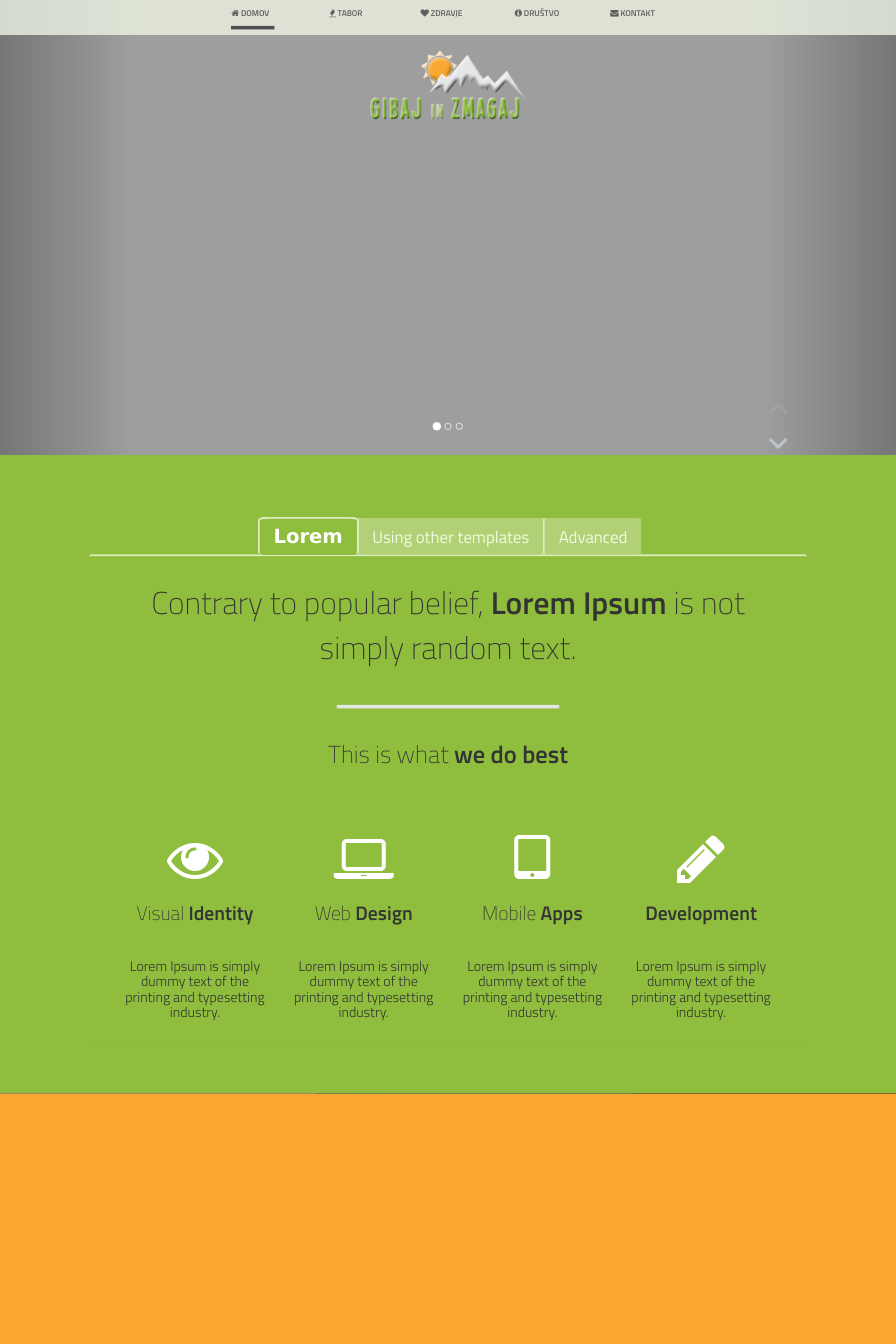
Repository: maticrepse/GibajInZmagaj
Page: index.html
The author's editor kept a record of every edit. The page is drawn from the files as they stood at one moment, then again after the next edit.
The browser window is 1280 px wide. The pictures show the part of the page from y = 0 to 1920 px (the page is 6221 px tall), at 70% of full size.

Above is the page before.

### index.html
<!doctype html>
<html>
<head lang="en">
	<meta charset="utf-8">
	<meta name="viewport" content="width=device-width, initial-scale=1, maximum-scale=1, user-scalable=no">

	<title>Gibaj in zmagaj!</title>
	<meta name="description" content="BlackTie.co - Free Handsome Bootstrap Themes" />
	<meta name="keywords" content="themes, bootstrap, free, templates, bootstrap 3, freebie,">
	<meta property="og:title" content="">

	<link rel="stylesheet" type="text/css" href="css/bootstrap.min.css">
	<link rel="stylesheet" href="fancybox/jquery.fancybox-v=2.1.5.css" type="text/css" media="screen">
    <link rel="stylesheet" href="css/font-awesome.min.css" rel="stylesheet">

	<link rel="stylesheet" type="text/css" href="css/style.css">
	<link href="css/styles.css" rel="stylesheet">
	<link href="css/tabcontent.css" rel="stylesheet" type="text/css" />
<script src="js/tabcontent.js" type="text/javascript"></script>
	<link href='https://fonts.googleapis.com/css?family=Titillium+Web:400,600,300,200&subset=latin,latin-ext' rel='stylesheet' type='text/css'>



	<link rel="prefetch" href="images/zoom.png">
</head>

<body>
	<header class="masthead">
	<div class="slide story" id="slide-1" data-slide="1">


  	<!-- Carousel
    ================================================== -->
    <div id="myCarousel" class="carousel slide">
      <!-- Indicators -->
      <ol class="carousel-indicators">
        <li data-target="#myCarousel" data-slide-to="0" class="active"></li>
        <li data-target="#myCarousel" data-slide-to="1"></li>
        <li data-target="#myCarousel" data-slide-to="2"></li>
      </ol>
      <div class="carousel-inner">
        <div class="item active">
          <img class="img" id="otroci1">

        </div>
        <div class="item">
          <img class="img" id="otroci2">

        </div>
        <div class="item">
          <img class="img" id="otroci3">

        </div>
      </div><!-- /.carousel-inner -->
      <div class="logo"><img src="images/manjLogo.png" id="logoSlika"></img></div>
      <!-- Controls -->
      <a class="left carousel-control" href="#myCarousel" data-slide="prev" id="previous" onclick="izpisNazaj()">
        <span class="glyphicon glyphicon-chevron-left"></span>
      </a>
      <a class="right carousel-control" href="#myCarousel" data-slide="next" id="next" onclick="izpis()">
        <span class="glyphicon glyphicon-chevron-right"></span>
      </a>
    </div>
    <!-- /.carousel -->

</div><!-- /slide1 -->
</header>

	<div class="navbar navbar-fixed-top" data-activeslide="1">
	<!--div class="navbar navbar-fixed-top" data-activeslide="1"-->
		<div class="container" id="penus">

			<!-- .navbar-toggle is used as the toggle for collapsed navbar content -->
			<button type="button" class="navbar-toggle" data-toggle="collapse" data-target=".navbar-responsive-collapse">
				<span class="icon-bar"></span>
				<span class="icon-bar"></span>
				<span class="icon-bar"></span>
			</button>


			<div class="nav-collapse collapse navbar-responsive-collapse">
				<ul class="nav row" >
					<li data-slide="1" class="col-12 col-sm-2"><a id="menu-link-1" href="#slide-1" title="Next Section"><span class="icon icon-home"></span> <span class="text">DOMOV</span></a></li>
					<li data-slide="2" class="col-12 col-sm-2"><a id="menu-link-2" href="#slide-2" title="Next Section"><span class="icon icon-fire"></span> <span class="text">TABOR</span></a></li>
					<li data-slide="3" class="col-12 col-sm-2"><a id="menu-link-3" href="#slide-3" title="Next Section"><span class="icon icon-heart"></span> <span class="text">ZDRAVJE</span></a></li>
					<li data-slide="4" class="col-12 col-sm-2"><a id="menu-link-4" href="#slide-4" title="Next Section"><span class="icon icon-info-sign"></span> <span class="text">DRUŠTVO</span></a></li>
					<li data-slide="5" class="col-12 col-sm-2"><a id="menu-link-5" href="#slide-5" title="Next Section"><span class="icon icon-envelope"></span> <span class="text">KONTAKT</span></a></li>
					<!--li data-slide="6" class="col-12 col-sm-2"><a id="menu-link-6" href="#slide-6" title="Next Section"><span class="icon icon-envelope"></span> <span class="text">CONTACT</span></a></li-->
				</ul>
				<div class="row">
					<div class="col-sm-2 active-menu"></div>
				</div>
			</div><!-- /.nav-collapse -->
		</div><!-- /.container -->
	</div><!-- /.navbar -->


	<!-- === Arrows === -->
	<div id="arrows">
		<div id="arrow-up" class="disabled"></div>
		<div id="arrow-down"></div>
		<!--div id="arrow-left" class="disabled visible-lg"></div>
		<div id="arrow-right" class="disabled visible-lg"></div-->
	</div><!-- /.arrows -->


	<!-- === MAIN Background === -->
			<!--div id="home-row-1" class="row clearfix">
				<div class="col-12">
					<h1 class="font-semibold">MUNTER <span class="font-thin">DESIGN</span></h1>
					<h4 class="font-thin">We are an <span class="font-semibold">independent interactive agency</span> based in London.</h4>
					<br>
					<br>
				</div><!-- /col-12 -->
			<!--/div><!-- /row -->
			<!--div id="home-row-2" class="row clearfix">
				<div class="col-12 col-sm-4"><div class="home-hover navigation-slide" data-slide="4"><img src="images/s02.png"></div><span>PROFESSIONAL</span></div>
				<div class="col-12 col-sm-4"><div class="home-hover navigation-slide" data-slide="3"><img src="images/s01.png"></div><span>FRIENDLY</span></div>
				<div class="col-12 col-sm-4"><div class="home-hover navigation-slide" data-slide="5"><img src="images/s03.png"></div><span>SUITABLE</span></div>
			</div><!-- /row -->


	<!-- === Slide 2 === -->
	<div class="slide story" id="slide-2" data-slide="2">

		<div class="container" id="drugi">
  			<ul class="tabs" data-persist="true">
            <li><a href="#view1">Lorem</a></li>
            <li><a href="#view2">Using other templates</a></li>
            <li><a href="#view3">Advanced</a></li>
        </ul>
        <div class="tabcontents">
            <div id="view1">
                <div class="row title-row">
				<div class="col-12 font-thin">Contrary to popular belief, <span class="font-semibold">Lorem Ipsum</span> is not simply random text.</div>
			</div><!-- /row -->
			<div class="row line-row">
				<div class="hr">&nbsp;</div>
			</div><!-- /row -->
			<div class="row subtitle-row">
				<div class="col-12 font-thin">This is what <span class="font-semibold">we do best</span></div>
			</div><!-- /row -->
			<div class="row content-row">
				<div class="col-12 col-lg-3 col-sm-6">
					<p><i class="icon icon-eye-open"></i></p>
					<h2 class="font-thin">Visual <span class="font-semibold">Identity</span></h2>
					<h4 class="font-thin">Lorem Ipsum is simply dummy text of the printing and typesetting industry.</h4>
				</div><!-- /col12 -->
				<div class="col-12 col-lg-3 col-sm-6">
					<p><i class="icon icon-laptop"></i></p>
					<h2 class="font-thin">Web <span class="font-semibold">Design</span></h2>
					<h4 class="font-thin">Lorem Ipsum is simply dummy text of the printing and typesetting industry.</h4>
				</div><!-- /col12 -->
				<div class="col-12 col-lg-3 col-sm-6">
					<p><i class="icon icon-tablet"></i></p>
					<h2 class="font-thin">Mobile <span class="font-semibold">Apps</span></h2>
					<h4 class="font-thin">Lorem Ipsum is simply dummy text of the printing and typesetting industry.</h4>
				</div><!-- /col12 -->
				<div class="col-12 col-lg-3 col-sm-6">
					<p><i class="icon icon-pencil"></i></p>
					<h2 class="font-semibold">Development</h2>
					<h4 class="font-thin">Lorem Ipsum is simply dummy text of the printing and typesetting industry.</h4>
				</div><!-- /col12 -->
			</div><!-- /row -->
            </div>
            <div id="view2">
                <b>Switch to other templates</b>
                <p>Open this page with Notepad, and update the CSS link to:</P>
                <p>template1 ~ 6.</p>
            </div>
            <div id="view3">
                <b>Advanced</b>
                <p>If you expect a more feature-rich version of the tabber, you can use the advanced version of the script,
                    <a href="http://www.menucool.com/jquery-tabs">McTabs - jQuery Tabs</a>:</p>
                <ul>
                    <li>URL support: a hash id in the URL can select a tab</li>
                    <li>Bookmark support: select a tab via bookmark anchor</li>
                    <li>Select tabs by mouse over</li>
                    <li>Auto advance</li>
                    <li>Smooth transitional effect</li>
                    <li>Content can retrieved from other documents or pages through Ajax</li>
                    <li>... and more</li>
                </ul>
            </div>
        </div>

			<!--div class="row title-row">
				<div class="col-12 font-thin">Contrary to popular belief, <span class="font-semibold">Lorem Ipsum</span> is not simply random text.</div>
			</div><!-- /row -->
			<!--div class="row line-row">
				<div class="hr">&nbsp;</div>
			</div><!-- /row -->
			<!--div class="row subtitle-row">
				<div class="col-12 font-thin">This is what <span class="font-semibold">we do best</span></div>
			</div><!-- /row -->
			<!--div class="row content-row">
				<div class="col-12 col-lg-3 col-sm-6">
					<p><i class="icon icon-eye-open"></i></p>
					<h2 class="font-thin">Visual <span class="font-semibold">Identity</span></h2>
					<h4 class="font-thin">Lorem Ipsum is simply dummy text of the printing and typesetting industry.</h4>
				</div><!-- /col12 -->
				<!--div class="col-12 col-lg-3 col-sm-6">
					<p><i class="icon icon-laptop"></i></p>
					<h2 class="font-thin">Web <span class="font-semibold">Design</span></h2>
					<h4 class="font-thin">Lorem Ipsum is simply dummy text of the printing and typesetting industry.</h4>
				</div><!-- /col12 -->
				<!--div class="col-12 col-lg-3 col-sm-6">
					<p><i class="icon icon-tablet"></i></p>
					<h2 class="font-thin">Mobile <span class="font-semibold">Apps</span></h2>
					<h4 class="font-thin">Lorem Ipsum is simply dummy text of the printing and typesetting industry.</h4>
				</div><!-- /col12 -->
				<!--div class="col-12 col-lg-3 col-sm-6">
					<p><i class="icon icon-pencil"></i></p>
					<h2 class="font-semibold">Development</h2>
					<h4 class="font-thin">Lorem Ipsum is simply dummy text of the printing and typesetting industry.</h4>
				</div><!-- /col12 -->
			<!--/div><!-- /row -->
		</div><!-- /container -->
	</div><!-- /slide2 -->

	<!-- === SLide 3 - Portfolio -->
	<div class="slide story" id="slide-3" data-slide="3" >
		<div class="row">
			<div class="col-12 col-sm-6 col-lg-2"><a data-fancybox-group="portfolio" class="fancybox" href="images/portfolio/p01-large.jpg"><img class="thumb" src="images/portfolio/p01-small.jpg" alt=""></a></div>
			<div class="col-12 col-sm-6 col-lg-2"><a data-fancybox-group="portfolio" class="fancybox" href="images/portfolio/p02-large.jpg"><img class="thumb" src="images/portfolio/p02-small.jpg" alt=""></a></div>
			<div class="col-12 col-sm-6 col-lg-2"><a data-fancybox-group="portfolio" class="fancybox" href="images/portfolio/p09-large.jpg"><img class="thumb" src="images/portfolio/p09-small.jpg" alt=""></a></div>
			<div class="col-12 col-sm-6 col-lg-2"><a data-fancybox-group="portfolio" class="fancybox" href="images/portfolio/p10-large.jpg"><img class="thumb" src="images/portfolio/p10-small.jpg" alt=""></a></div>
			<div class="col-12 col-sm-6 col-lg-2"><a data-fancybox-group="portfolio" class="fancybox" href="images/portfolio/p05-large.jpg"><img class="thumb" src="images/portfolio/p05-small.jpg" alt=""></a></div>
			<div class="col-12 col-sm-6 col-lg-2"><a data-fancybox-group="portfolio" class="fancybox" href="images/portfolio/p06-large.jpg"><img class="thumb" src="images/portfolio/p06-small.jpg" alt=""></a></div>
			<div class="col-12 col-sm-6 col-lg-2"><a data-fancybox-group="portfolio" class="fancybox" href="images/portfolio/p07-large.jpg"><img class="thumb" src="images/portfolio/p07-small.jpg" alt=""></a></div>
			<div class="col-12 col-sm-6 col-lg-2"><a data-fancybox-group="portfolio" class="fancybox" href="images/portfolio/p08-large.jpg"><img class="thumb" src="images/portfolio/p08-small.jpg" alt=""></a></div>
			<div class="col-12 col-sm-6 col-lg-2"><a data-fancybox-group="portfolio" class="fancybox" href="images/portfolio/p03-large.jpg"><img class="thumb" src="images/portfolio/p03-small.jpg" alt=""></a></div>
			<div class="col-12 col-sm-6 col-lg-2"><a data-fancybox-group="portfolio" class="fancybox" href="images/portfolio/p04-large.jpg"><img class="thumb" src="images/portfolio/p04-small.jpg" alt=""></a></div>
			<div class="col-12 col-sm-6 col-lg-2"><a data-fancybox-group="portfolio" class="fancybox" href="images/portfolio/p11-large.jpg"><img class="thumb" src="images/portfolio/p11-small.jpg" alt=""></a></div>
			<div class="col-12 col-sm-6 col-lg-2"><a data-fancybox-group="portfolio" class="fancybox" href="images/portfolio/p12-large.jpg"><img class="thumb" src="images/portfolio/p12-small.jpg" alt=""></a></div>
		</div><!-- /row -->
		<div id="BUREK"></div>
	</div><!-- /slide3 -->

	<!-- === Slide 4 - Process === -->
	<div class="slide story" id="slide-4" data-slide="4">
		<div class="container">
			<div class="row title-row">
				<div class="col-12 font-thin">See us <span class="font-semibold">at work</span></div>
			</div><!-- /row -->
			<div class="row line-row">
				<div class="hr">&nbsp;</div>
			</div><!-- /row -->
			<div class="row subtitle-row">
				<div class="col-sm-1 hidden-sm">&nbsp;</div>
				<div class="col-12 col-sm-10 font-light">There are many variations of passages of Lorem Ipsum available, but the majority have suffered alteration in some form, by injected humour, or randomised words which don't look even slightly believable.</div>
				<div class="col-sm-1 hidden-sm">&nbsp;</div>
			</div><!-- /row -->
			<div class="row content-row">
				<div class="col-sm-1 hidden-sm">&nbsp;</div>
				<div class="col-12 col-sm-2">
					<p><i class="icon icon-bolt"></i></p>
					<h2 class="font-thin">Listening to<br><span class="font-semibold" >your needs</span></h2>
					<h4 class="font-thin">It is a long established fact that a reader will be distracted by the readable content of a page when looking at its layout.</h4>
				</div><!-- /col12 -->
				<div class="col-12 col-sm-2">
					<p><i class="icon icon-cog"></i></p>
					<h2 class="font-thin">Project<br><span class="font-semibold">discovery</span></h2>
					<h4 class="font-thin">It is a long established fact that a reader will be distracted by the readable content of a page when looking at its layout.</h4>
				</div><!-- /col12 -->
				<div class="col-12 col-sm-2">
					<p><i class="icon icon-cloud"></i></p>
					<h2 class="font-thin">Storming<br><span class="font-semibold">our brains</span></h2>
					<h4 class="font-thin">It is a long established fact that a reader will be distracted by the readable content of a page when looking at its layout.</h4>
				</div><!-- /col12 -->
				<div class="col-12 col-sm-2">
					<p><i class="icon icon-map-marker"></i></p>
					<h2 class="font-thin">Getting<br><span class="font-semibold">there</span></h2>
					<h4 class="font-thin">It is a long established fact that a reader will be distracted by the readable content of a page when looking at its layout.</h4>
				</div><!-- /col12 -->
				<div class="col-12 col-sm-2">
					<p><i class="icon icon-gift"></i></p>
					<h2 class="font-thin">Delivering<br><span class="font-semibold">the product</span></h2>
					<h4 class="font-thin">It is a long established fact that a reader will be distracted by the readable content of a page when looking at its layout.</h4>
				</div><!-- /col12 -->
				<div class="col-sm-1 hidden-sm">&nbsp;</div>
			</div><!-- /row -->
		</div><!-- /container -->
	</div><!-- /slide4 -->

	<!-- === Slide 5 === -->
	<div class="slide story" id="slide-5" data-slide="5">
		<div class="container">
			<div class="row title-row">
				<div class="col-12 font-thin"><span class="font-semibold">Clients</span> we’ve worked with</div>
			</div><!-- /row -->
			<div class="row line-row">
				<div class="hr">&nbsp;</div>
			</div><!-- /row -->
			<div class="row subtitle-row">
				<div class="col-sm-1 hidden-sm">&nbsp;</div>
				<div class="col-12 col-sm-10 font-light">Contrary to popular belief, Lorem Ipsum is not simply random text. It has roots in a piece of classical Latin literature from 45 BC, making it over 2000 years old. <br/><br/> The standard chunk of Lorem Ipsum used since the 1500s is reproduced below for those interested. Sections 1.10.32 and 1.10.33 from "de Finibus Bonorum et Malorum" by Cicero.</div>
				<div class="col-sm-1 hidden-sm">&nbsp;</div>
			</div><!-- /row -->
			<div class="row content-row">
				<div class="col-1 col-sm-1 hidden-sm">&nbsp;</div>
				<div class="col-12 col-sm-2"><img src="images/najmanjLogo.png" alt=""></div>
				<div class="col-12 col-sm-2"><img src="images/client02.png" alt=""></div>
				<div class="col-12 col-sm-2"><img src="images/client03.png" alt=""></div>
				<div class="col-12 col-sm-2"><img src="images/client04.png" alt=""></div>
				<div class="col-12 col-sm-2"><img src="images/client05.png" alt=""></div>
				<div class="col-1 col-sm-1 hidden-sm">&nbsp;</div>
			</div><!-- /row -->
		</div><!-- /container -->
	</div><!-- /slide5 -->

	<!-- === Slide 6 / Contact === -->
	<!--div class="slide story" id="slide-6" data-slide="6">
		<div class="container">
			<div class="row title-row">
				<div class="col-12 font-light">Leave us a <span class="font-semibold">message</span></div>
			</div><!-- /row -->
			<!--div class="row line-row">
				<div class="hr">&nbsp;</div>
			</div><!-- /row -->
			<!--div class="row subtitle-row">
				<div class="col-sm-1 hidden-sm">&nbsp;</div>
				<div class="col-12 col-sm-10 font-light">You can find us literally anywhere, just push a button and we’re there</div>
				<div class="col-sm-1 hidden-sm">&nbsp;</div>
			</div><!-- /row -->
			<!--div id="contact-row-4" class="row">
				<div class="col-sm-1 hidden-sm">&nbsp;</div>
				<div class="col-12 col-sm-2 with-hover-text">
					<p><a target="_blank" href="#"><i class="icon icon-phone"></i></a></p>
					<span class="hover-text font-light ">+44 4839-4343</span></a>
				</div><!-- /col12 -->
				<!--div class="col-12 col-sm-2 with-hover-text">
					<p><a target="_blank" href="#"><i class="icon icon-envelope"></i></a></p>
					<span class="hover-text font-light ">munter@blacktie.co</span></a>
				</div><!-- /col12 -->
				<!--div class="col-12 col-sm-2 with-hover-text">
					<p><a target="_blank" href="#"><i class="icon icon-home"></i></a></p>
					<span class="hover-text font-light ">London, England<br>zip code 98443</span></a>
				</div><!-- /col12 -->
				<!--div class="col-12 col-sm-2 with-hover-text">
					<p><a target="_blank" href="#"><i class="icon icon-facebook"></i></a></p>
					<span class="hover-text font-light ">facebook/blacktie_co</span></a>
				</div><!-- /col12 -->
				<!--div class="col-12 col-sm-2 with-hover-text">
					<p><a target="_blank" href="#"><i class="icon icon-twitter"></i></a></p>
					<span class="hover-text font-light ">@BlackTie_co</span></a>
				</div><!-- /col12 -->
				<!--div class="col-sm-1 hidden-sm">&nbsp;</div>
			</div><!-- /row -->
		<!--/div><!-- /container -->
	<!--/div><!-- /Slide 6 --></body>

	<!-- SCRIPTS -->
	<script src="js/html5shiv.js"></script>
	<script src="js/jquery-1.10.2.min.js"></script>
	<script src="js/jquery-migrate-1.2.1.min.js"></script>
	<script src="js/bootstrap.min.js"></script>
	<script src="js/jquery.easing.1.3.js"></script>
	<script type="text/javascript" src="fancybox/jquery.fancybox.pack-v=2.1.5.js"></script>
	<script src="js/script.js"></script>
    <script src="js/moj.js"></script>
	<script src="js/tabcontent.js" type="text/javascript"></script>

	<!-- fancybox init -->
	<script>
	$(document).ready(function(e) {
		var lis = $('.nav > li');
		menu_focus( lis[0], 1 );

		$(".fancybox").fancybox({
			padding: 10,
			helpers: {
				overlay: {
					locked: false
				}
			}
		});
	});
	</script>

</html>

### css/tabcontent.css
/* Tab Content - menucool.com */
ul.tabs
{
    padding: 8px 0;
    font-size: 0;
    margin:0;
    list-style-type: none;
    text-align: center; /*set to left, center, or right to align the tabs as desired*/
    border-bottom: 3px solid #DEEDC0;
    border-radius: 0%;
}

ul.tabs li
{
    display: inline;
    margin: 0;
    margin-right:-4px; /*distance between tabs*/
}

ul.tabs li a
{
    font: normal 24px "Titillium Web", sans-serif;
    text-decoration: none;
    position: relative;
    padding: 8px 20px;
    border-right: 3px solid #DEEDC0;
    border-left: 3px solid #DEEDC0;
    border-radius: 5%;
    color: #F2FAE1;
    background: #B2D076;
    outline:none;
}

ul.tabs li:last-child a
{
    border-right:none;
}
ul.tabs li:first-child a
{
    border-left:none;
}

ul.tabs li a:visited
{
    color: #000;
}

ul.tabs li a:hover
{
    text-decoration: none;
    color:#888;
}

ul.tabs li.selected a, ul.tabs li.selected a:hover
{
    position: relative;
    top: 0px;
    font: normal 28px Verdana;
    font-weight:bold;
    background: #8FBD3D;
    color:White;
    border-top: 3px solid #DEEDC0;
    border-left: 3px solid #DEEDC0;
    border-right: 3px solid #DEEDC0;
    border-bottom: 3px solid #8FBD3D;
    z-index:2;
    border-radius: 10%;
}


ul.tabs li.selected a:hover
{
    text-decoration: none;
}

div.tabcontents
{
    border-top: 3px solid #8FBD3D;
    padding: 30px;
    background-color: #8FBD3D;
}

Loaded but not shown: css/bootstrap.min.css (library); fancybox/jquery.fancybox-v=2.1.5.css (common file); css/font-awesome.min.css (library); js/jquery-1.10.2.min.js (library); js/jquery-migrate-1.2.1.min.js (library); js/bootstrap.min.js (library); js/jquery.easing.1.3.js (library); fancybox/jquery.fancybox.pack-v=2.1.5.js (library); js/html5shiv.js (301 lines, source omitted); js/script.js (387 lines, source omitted); js/tabcontent.js (2 lines, source omitted); js/moj.js (63 lines, source omitted); css/style.css (657 lines, source omitted); css/styles.css (297 lines, source omitted)

After the next edit:
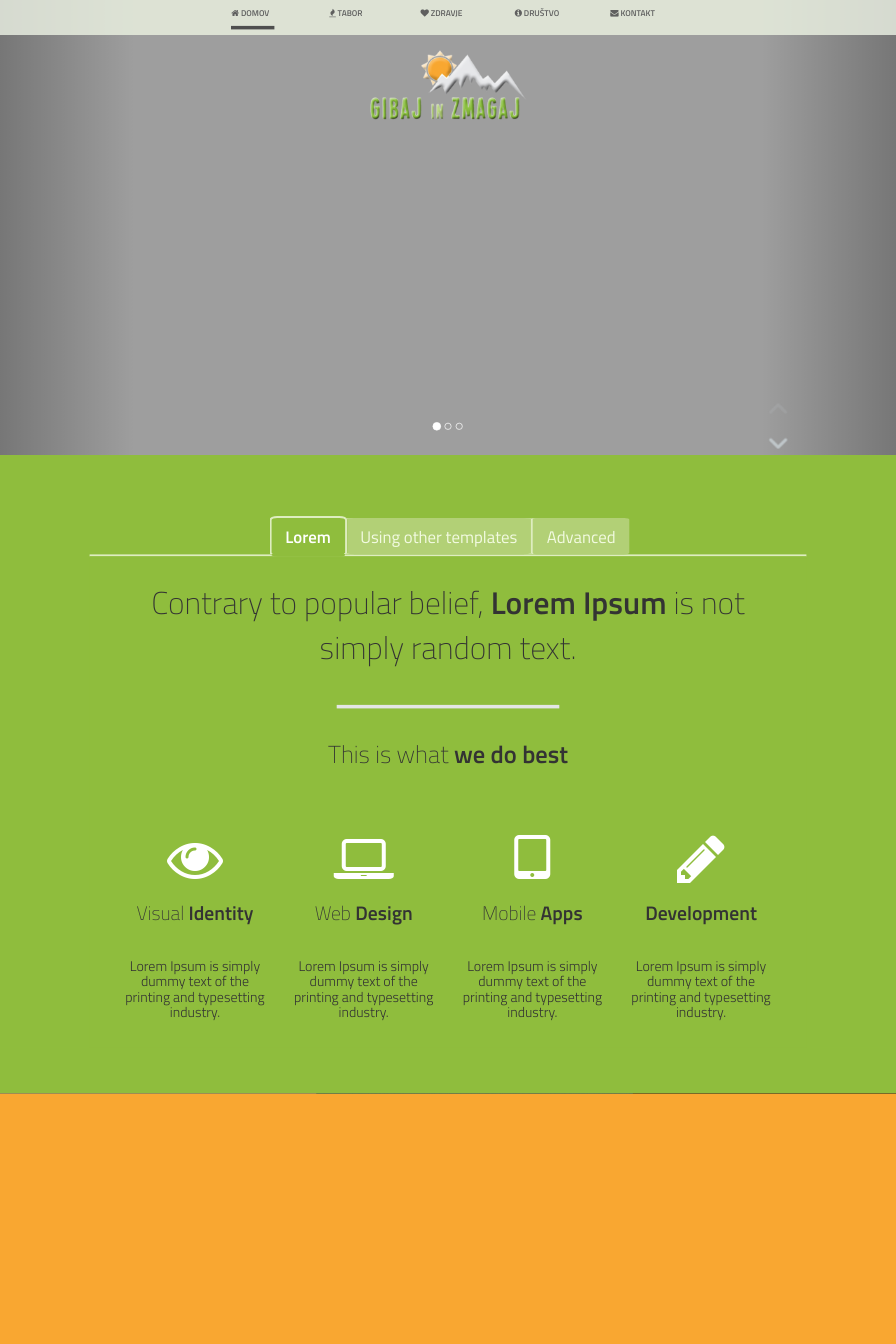
The edit:
--- a/css/tabcontent.css
+++ b/css/tabcontent.css
@@ -55,7 +55,7 @@
 {
     position: relative;
     top: 0px;
-    font: normal 28px Verdana;
+    font: normal 24px "Titillium Web", sans-serif;
     font-weight:bold;
     background: #8FBD3D;
     color:White;
